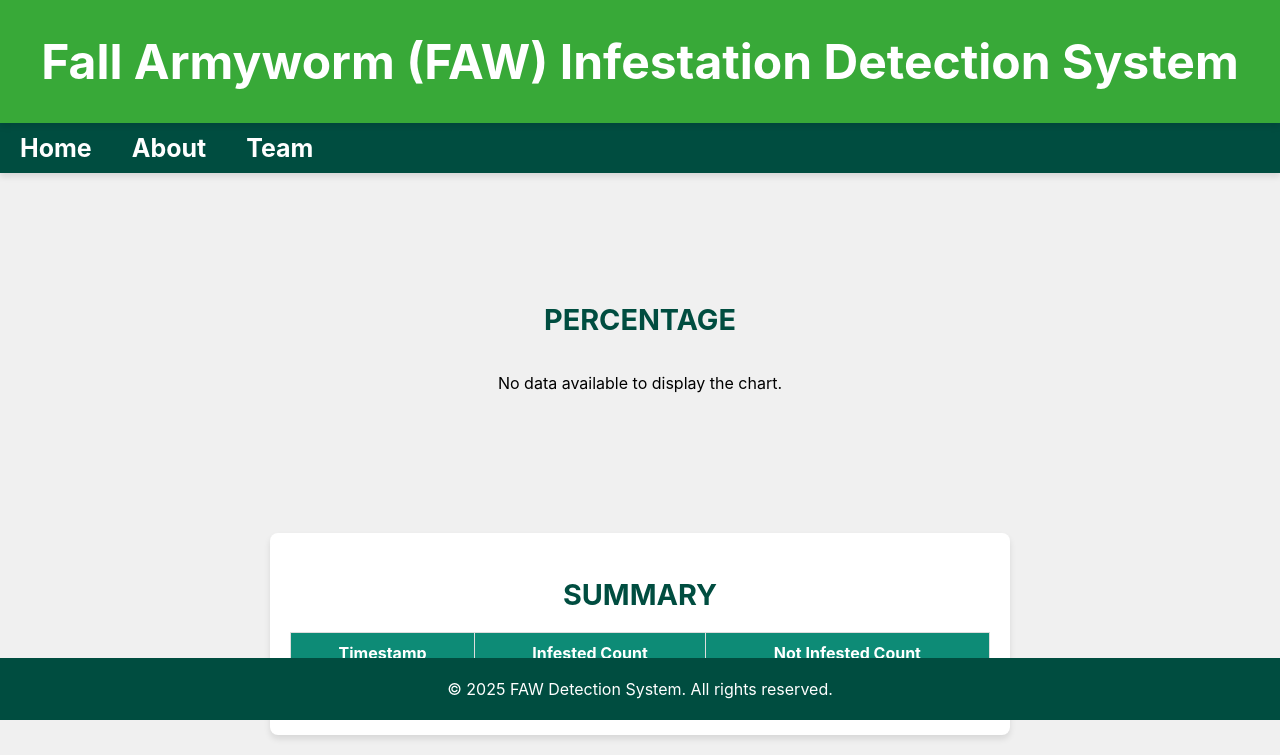
Repository: jansen223/faw-detection-main
Page: /summary
These files come from the project's save history. The page is drawn as it stood at one moment and after the next save; the edit follows.
The browser window is 1280 px wide. The pictures show the whole page.
The page's requests for data from a server got no answer. The project was rebuilt for these pictures with package versions that can differ from the ones it lists, and the page was loaded fresh each time. No one was signed in, and anything a server would have sent is missing. Also part of the build but not shown: src/pages/Home.css, src/pages/Home.js, src/pages/About.css, src/pages/About.js, src/pages/Team.css, src/pages/Team.js.

Above is the page before, as saved 2025-04-12 02:55:20.

After the next save:
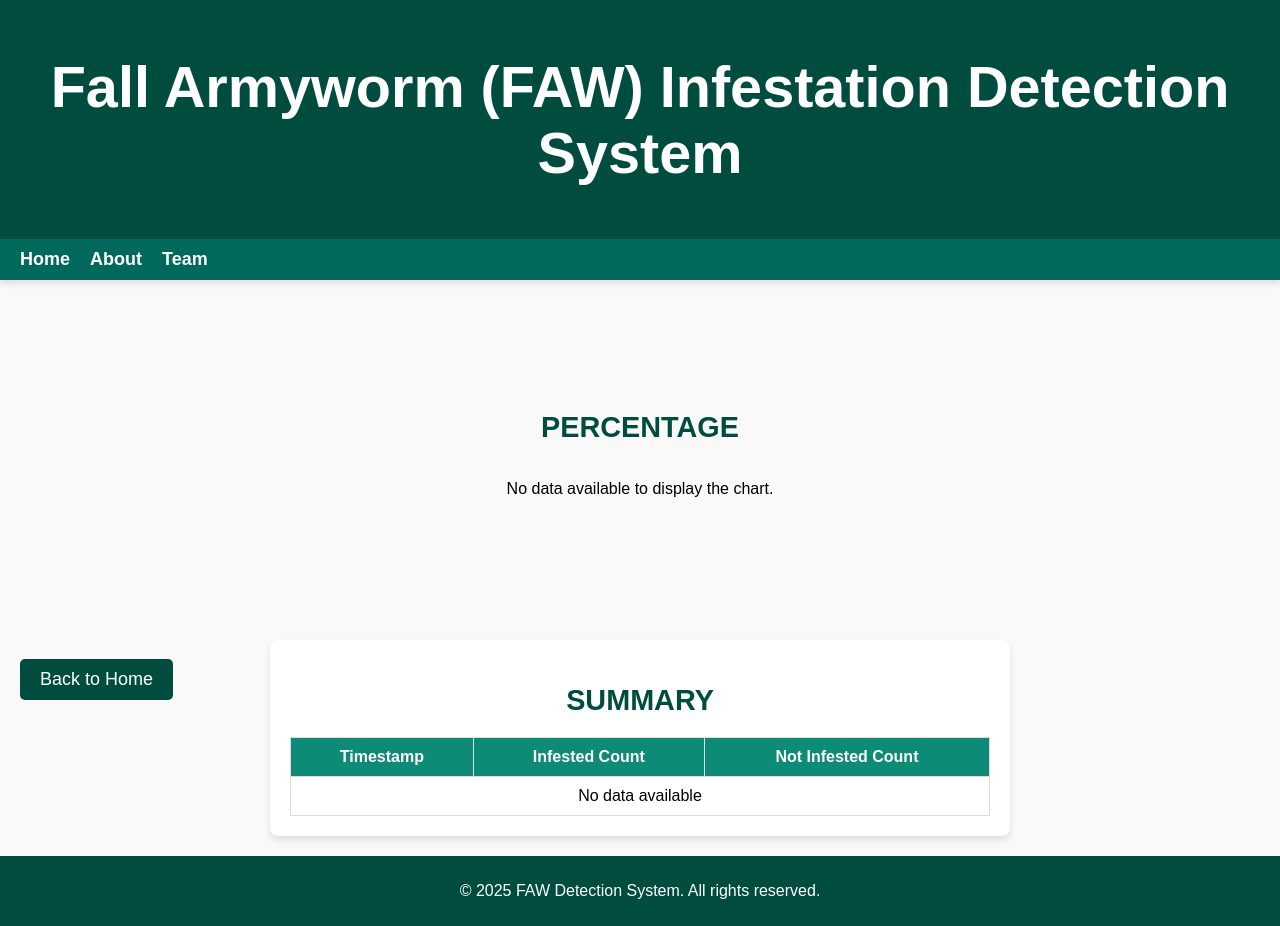
Saved 22 s later.
--- a/src/App.css
+++ b/src/App.css
@@ -1,61 +1,50 @@
-html {
-  margin: 0;
-  padding: 0;
-}
-
+html,
 body {
   margin: 0;
   padding: 0;
+  font-family: 'Arial', sans-serif; /* Use a clean, modern font */
+  background-color: #f9f9f9; /* Light background for better readability */
 }
 
 .App {
-  text-align: center;
-  background-color: #f0f0f0;
-  min-height: 100vh;
   display: flex;
   flex-direction: column;
-  align-items: center;
+  min-height: 100vh;
 }
 
 .App-header {
-  background-color: rgba(9, 151, 9, 0.795);
+  background-color: #004d40;
   color: white;
   text-align: center;
-  font-size: 1.5rem;
+  font-size: 1.8rem;
   font-weight: bold;
+  padding: 15px 0;
   box-shadow: 0 4px 6px rgba(0, 0, 0, 0.1);
-  top: 0;
-  z-index: 1000;
-  width: 100%;
-  margin: 0;
-  box-sizing: border-box;
 }
 
 .App-navbar {
-  background-color: #004d40;
+  background-color: #00695c;
   color: white;
-  padding: 10px 0 10px 0;
+  padding: 10px 20px;
   display: flex;
   justify-content: space-between;
   align-items: center;
   box-shadow: 0 4px 6px rgba(0, 0, 0, 0.1);
-  width: 100%;
 }
 
 .App-navbar ul {
   list-style: none;
   display: flex;
-  gap: 40px;
+  gap: 20px;
   margin: 0;
   padding: 0;
-  padding-left: 20px;
 }
 
 .App-navbar a {
   color: white;
   text-decoration: none;
   font-weight: bold;
-  font-size: 25px;
+  font-size: 18px;
 }
 
 .App-navbar a:hover {
@@ -65,9 +54,7 @@ body {
 .App-footer {
   background-color: #004d40;
   color: white;
-  padding: 5px 20px;
   text-align: center;
-  position: fixed;
-  bottom: 0;
-  width: 100%;
+  padding: 10px 0;
+  margin-top: auto;
 }
